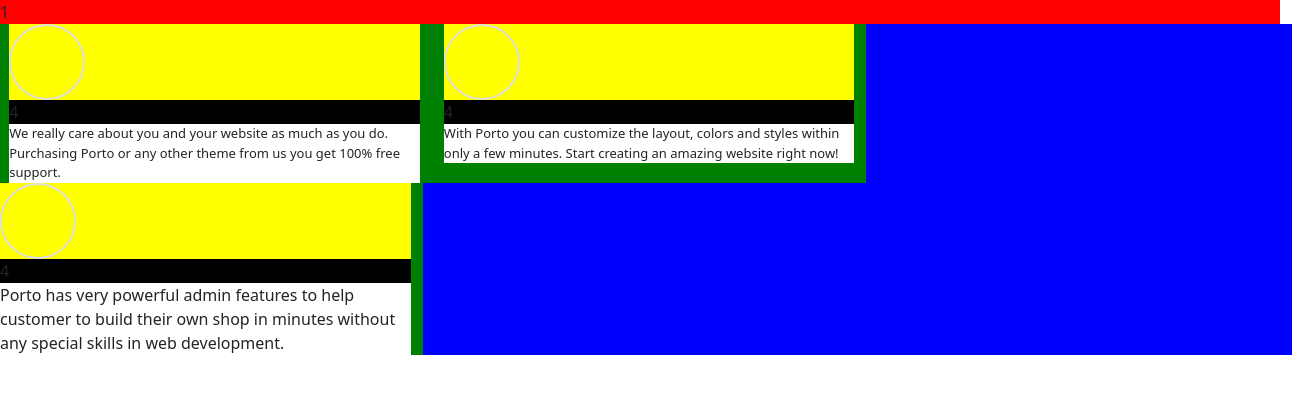
Repository: NguyenDo13/BE2-NhomH
Page: module-9/index/index.html
These files come from the project's save history. The page is drawn as it stood at one moment and after a run of saves; the edit follows.
The browser window is 1280 px wide. The page is 1292 px wide, so the pictures cover 1292 px, including what lies to the right of the window. The pictures show the whole page.

Above is the page before, as saved 2022-05-15 10:47:59.

After the next 4 saves:
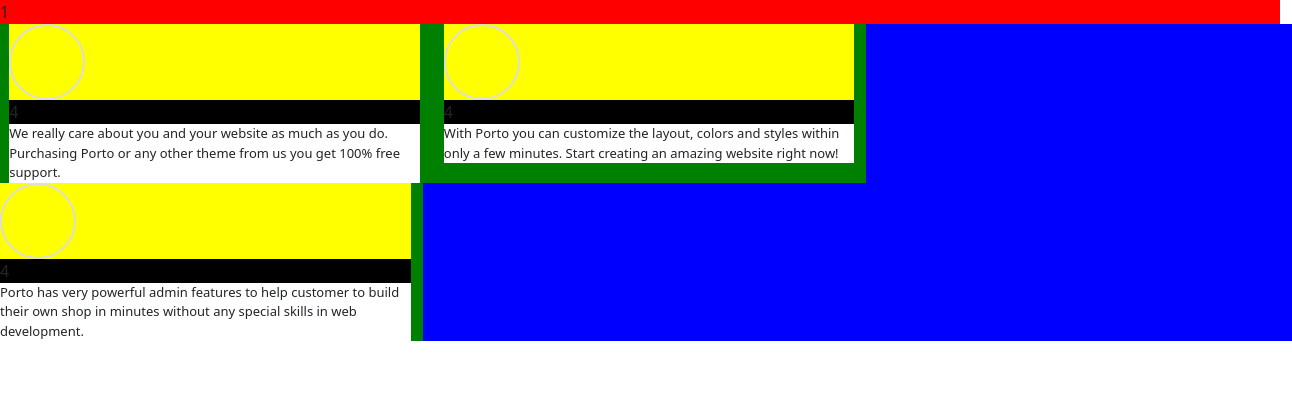
The 4 saves are shown as one change because they came seconds apart.
The last was saved 11 s later.
--- a/module-9/index/index.html
+++ b/module-9/index/index.html
@@ -44,7 +44,7 @@
                         <div class="portoTopicon"></div>
                     </div>
                     <div class="portoheader">4</div>
-                    <div class="portodescription">Porto has very powerful admin features to help customer to build their own shop in minutes without any special skills in web development.</div>
+                    <div class="portodescription" style="font-size: 13px">Porto has very powerful admin features to help customer to build their own shop in minutes without any special skills in web development.</div>
                 </div>
             </div>
         </div>
